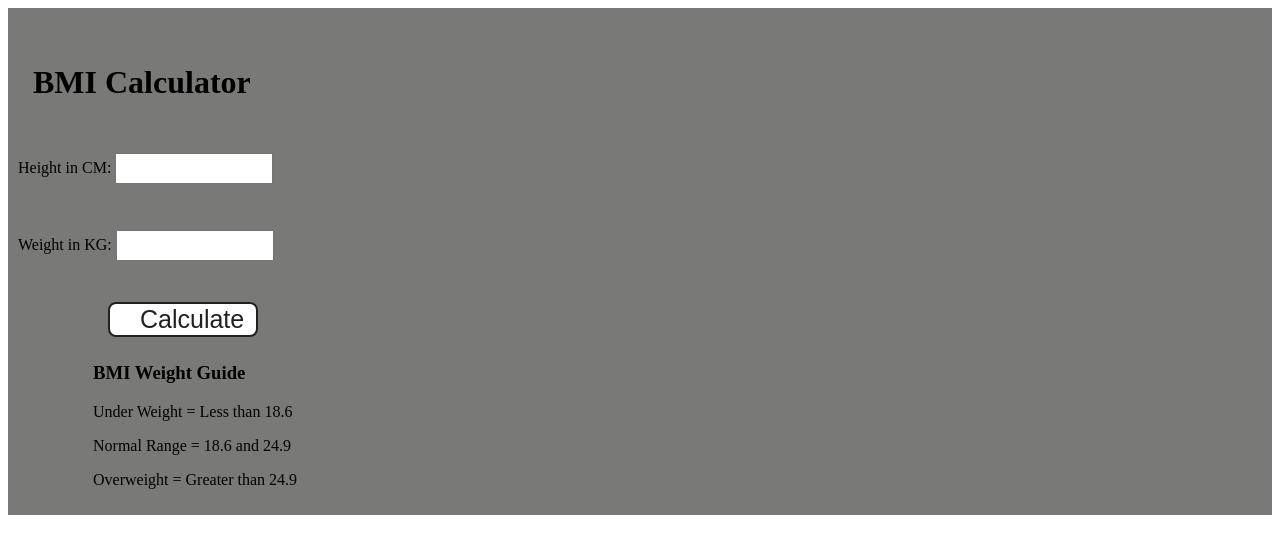
Repository: VishwaGoswami1407/JavaScript-Practice
Page: 07_projects/project2.html
These files come from the project's save history. The page is drawn as it stood at one moment and after the next save; the edit follows.
The browser window is 1280 px wide. The pictures show the whole page.

Above is the page before, as saved 2024-07-07 18:52:39.

After the next save:
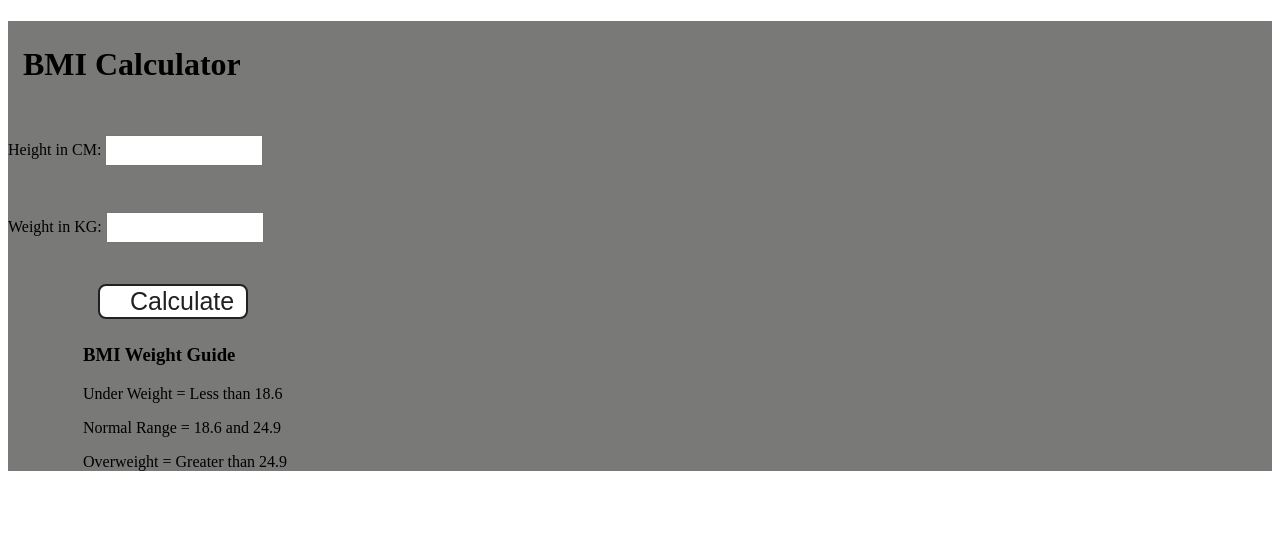
Saved 4 s later.
--- a/07_projects/style2.css
+++ b/07_projects/style2.css
@@ -2,7 +2,7 @@
 
 
     background-color: #797978;
-    padding: 10px;
+    /* padding: 10p; */
   }
   #height,
   #weight {
